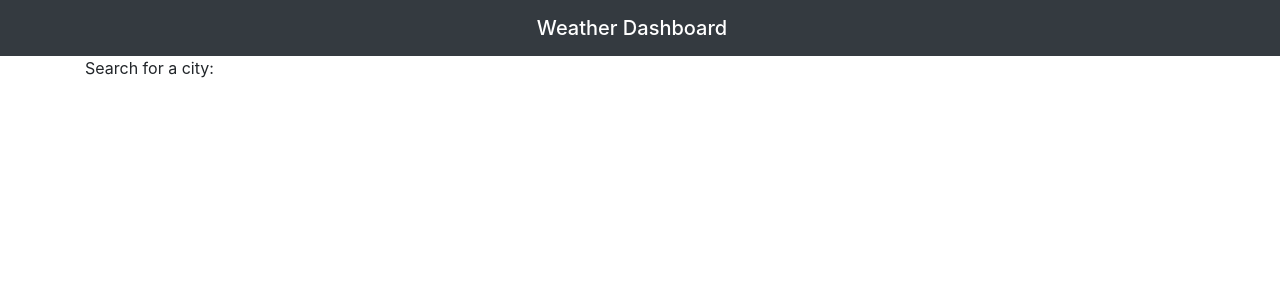
Repository: himaja830/Weather-Dashboard
Page: index.html
These files come from the project's save history. The page is drawn as it stood at one moment and after the next save; the edit follows.
The browser window is 1280 px wide. The pictures show the whole page.

Above is the page before, as saved 2020-06-27 12:17:40.

### index.html
<!DOCTYPE html>
<html lang="en">
<head>
    <meta charset="UTF-8">
    <meta name="viewport" content="width=device-width, initial-scale=1.0">
    <title>Weather Dashboard</title>
    <link rel="stylesheet" href="https://stackpath.bootstrapcdn.com/bootstrap/4.5.0/css/bootstrap.min.css" integrity="sha384-9aIt2nRpC12Uk9gS9baDl411NQApFmC26EwAOH8WgZl5MYYxFfc+NcPb1dKGj7Sk" crossorigin="anonymous">
    <link rel="stylesheet" href="assets/style.css">
</head>
<body>
    <nav class="navbar navbar-dark bg-dark">
        <span class="navbar-brand mb-0 h1 w-100 text-center">Weather Dashboard</span>
    </nav>
    <div class="container">
        <div class="row">
            <div class="col-4">
                <p class="Search header">Search for a city:</p>
            </div>
            <div class="col-8"></div>
        </div>

    </div>
</body>
</html>

### assets/style.css
.jumbotron{
    text-align: center;
    background-color: slategrey;
    color: snow;
}
button,input{
    overflow: hidden;
}

After the next save:
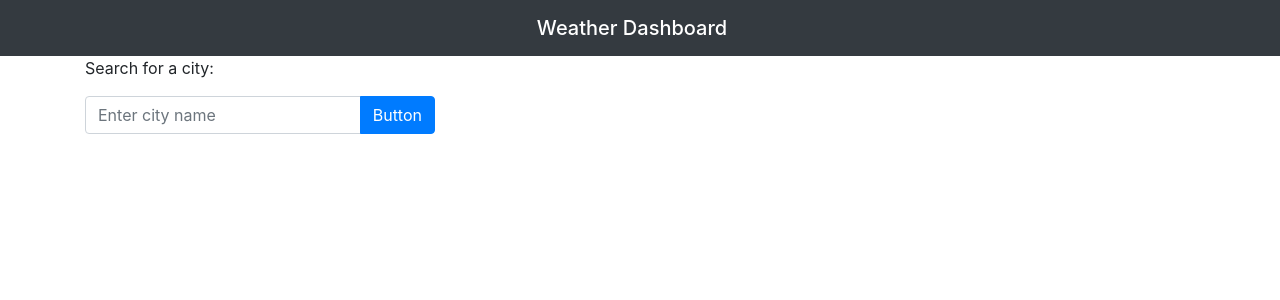
Saved 5 min 42 s later.
--- a/index.html
+++ b/index.html
@@ -15,6 +15,12 @@
         <div class="row">
             <div class="col-4">
                 <p class="Search header">Search for a city:</p>
+                <div class="input-group mb-3">
+                    <input type="text" class="form-control" placeholder="Enter city name" aria-label="Enter city name" >
+                    <div class="input-group-append">
+                      <button class="btn btn-primary" type="button" id="button-addon2">Button</button>
+                    </div>
+                  </div>
             </div>
             <div class="col-8"></div>
         </div>
